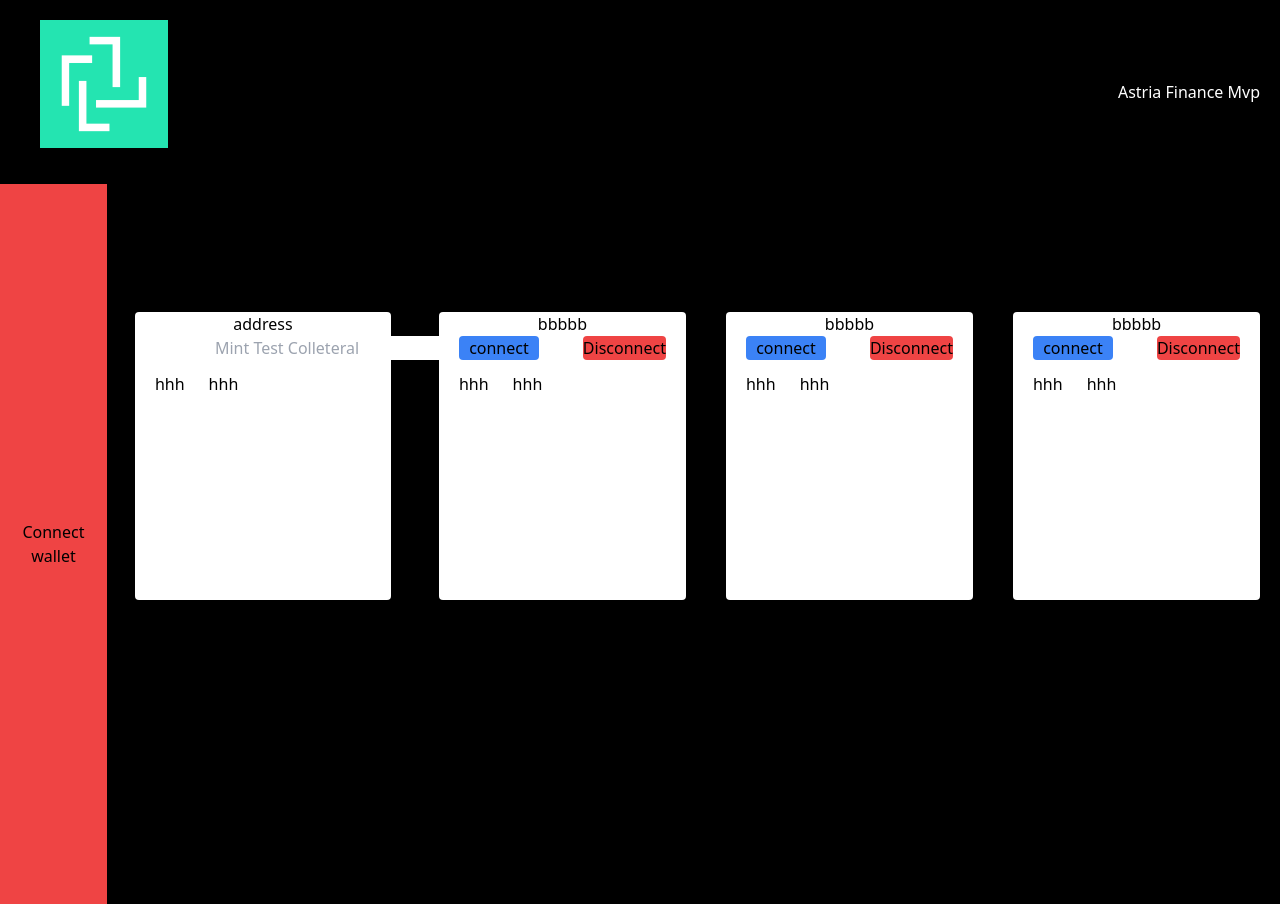
Repository: AstriaFinance/AstriaMvp
Page: /
These files come from the project's save history. The page is drawn as it stood at one moment and after the next save; the edit follows.
The browser window is 1280 px wide. The pictures show the whole page.
The project was rebuilt for these pictures with package versions that can differ from the ones it lists, and the page was loaded fresh each time. Also part of the build but not shown: src/components/About.jsx, src/components/Shop.jsx, src/components/ErrorPage.jsx.

Above is the page before, as saved 2022-06-21 16:19:43.

### src/App.js
import {Nav, Shop, About, ErrorPage, Home} from "./components"
import {BrowserRouter as Router,Routes, Route} from"react-router-dom"
function App() {
  return (

    <div>

      <Nav/>
      <Home/>
      </div>

  );
}

export default App;

### src/components/index.js
export{default as About} from "./About"
export{default as Nav} from "./Nav"
export{default as Shop} from "./Shop"
export {default as ErrorPage} from "./ErrorPage"
export{default as Home} from "./Home"

### src/components/Nav.jsx
import React from 'react'
import logo from "../static/astria2.jpg"
const Nav = () => {
  return (

        <nav className='bg-black flex justify-between '>
        <img src={logo} alt="" className='h-32 mt-5 mx-10' />
        <div className='text-white my-20 mx-5'>Astria Finance Mvp</div>





    </nav>



  )
}

export default Nav

### src/components/Home.jsx
import React from 'react'

const Home = () => {
  return (
<div className="bg-black flex overflow-x-auto h-screen ">
<button className='bg-red-500'>Connect wallet</button>
 <div className="bg-white h-72 w-64 rounded my-32 mx-7">

  <div className="container flex justify-center">address</div>
  <div className="flex justify-between">
    <input type="text" placeholder='Mint Test Colleteral' className='mx-20' />
    <button className="bg-blue-500 rounded mx-5 w-20 ">connect</button>
  </div>
   <ul className="mx-5 my-3 flex gap-6">
     <li>hhh</li>
     <li>hhh</li>
   </ul>
 </div>

 <div className="bg-white h-72 w-64 rounded mx-5 my-32">

  <div class="container flex justify-center">bbbbb</div>
  <div className="flex justify-between">
  <button className="bg-blue-500 rounded mx-5 w-20 ">connect</button>
   <button className="bg-red-500 rounded mx-5">Disconnect</button>
  </div>
   <ul className="mx-5 my-3 flex gap-6">
     <li>hhh</li>
     <li>hhh</li>
   </ul>
 </div>
 <div className="bg-white h-72 w-64 rounded mx-5 my-32">

  <div className="container flex justify-center">bbbbb</div>
  <div className="flex justify-between">
  <button className="bg-blue-500 rounded mx-5 w-20 ">connect</button>
   <button className="bg-red-500 rounded mx-5">Disconnect</button>
  </div>
   <ul className="mx-5 my-3 flex gap-6">
     <li>hhh</li>
     <li>hhh</li>
   </ul>
 </div>

 <div className="bg-white h-72 w-64 rounded mx-5 my-32">

  <div className="container flex justify-center">bbbbb</div>
  <div className="flex justify-between">
  <button className="bg-blue-500 rounded mx-5 w-20 ">connect</button>
   <button className="bg-red-500 rounded mx-5">Disconnect</button>
  </div>
   <ul className="mx-5 my-3 flex gap-6">
     <li>hhh</li>
     <li>hhh</li>
   </ul>
 </div>



 </div>
  )
}

export default Home

Loaded but not shown: public/index.html (common file); src/index.js (common file); src/index.css (common file); src/reportWebVitals.js (common file); tailwind.config.js (common file)

After the next save:
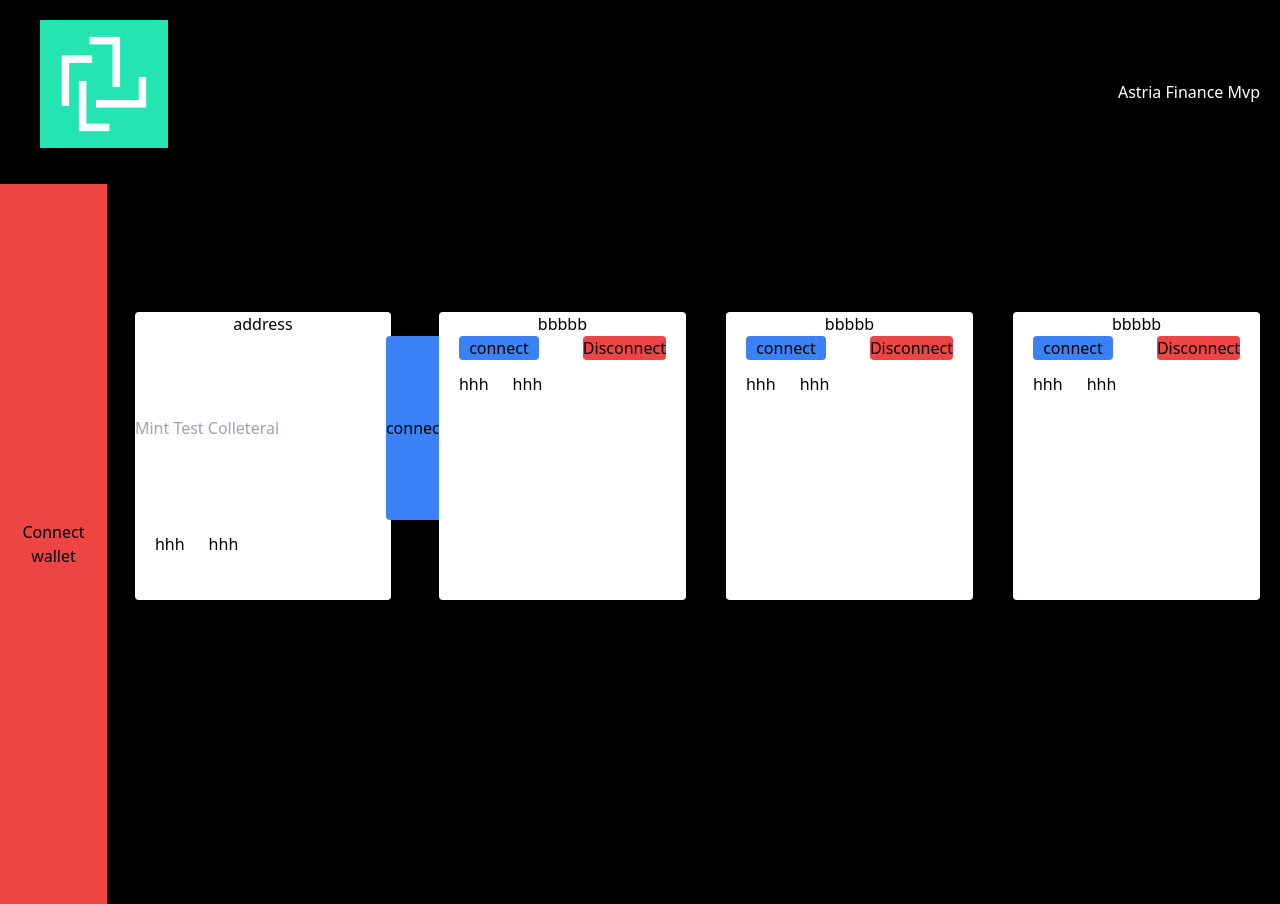
Saved 27 s later.
--- a/src/components/Home.jsx
+++ b/src/components/Home.jsx
@@ -8,8 +8,8 @@ const Home = () => {
 
   <div className="container flex justify-center">address</div>
   <div className="flex justify-between">
-    <input type="text" placeholder='Mint Test Colleteral' className='mx-20' />
-    <button className="bg-blue-500 rounded mx-5 w-20 ">connect</button>
+    <input type="text" placeholder='Mint Test Colleteral' className='my-20' />
+    <button className="bg-blue-500 rounded mx-5 w-20  ">connect</button>
   </div>
    <ul className="mx-5 my-3 flex gap-6">
      <li>hhh</li>
